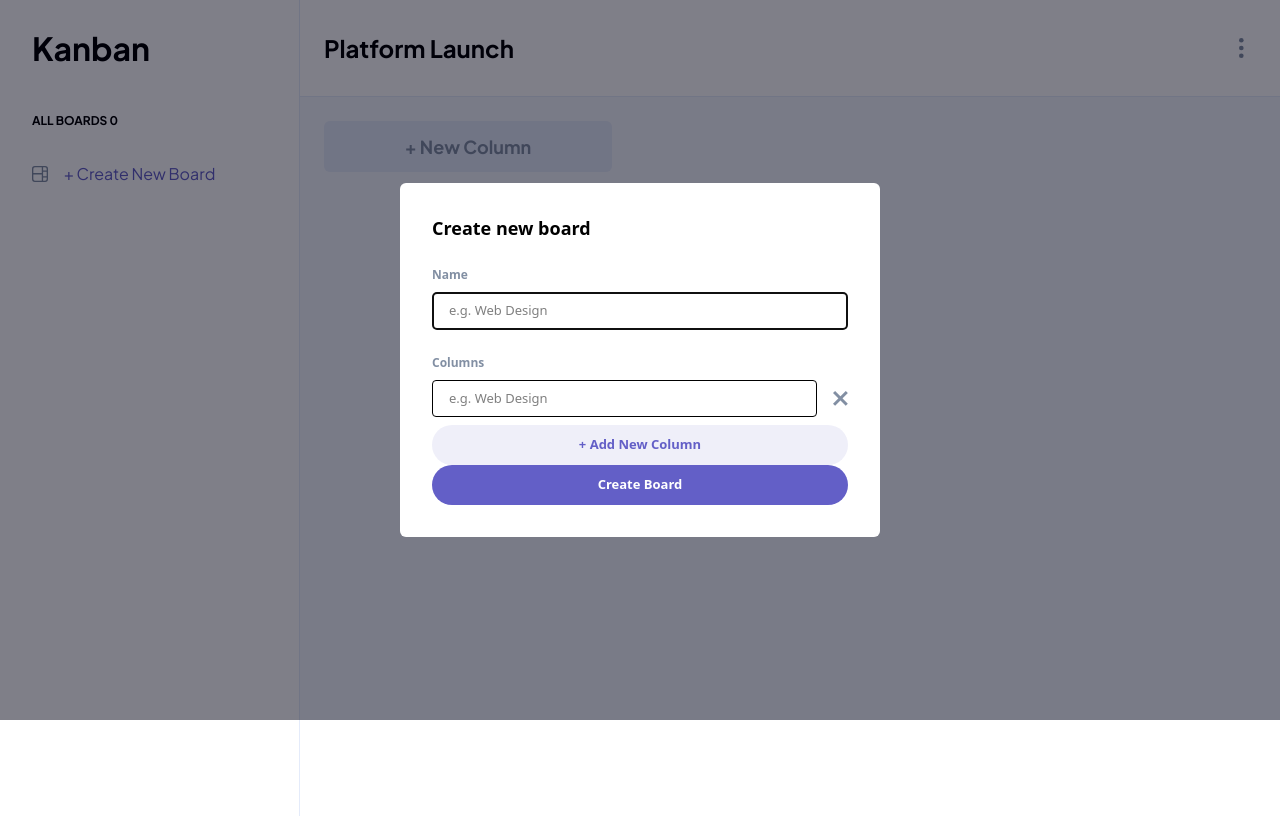
Repository: Baraajad231/Kanban-Board
Page: /, after clicking the first element matching `button.w-full`
These files come from the project's save history. The page is drawn as it stood at one moment and after the next save; the edit follows.
The browser window is 1280 px wide. The pictures show the whole page.
The project was rebuilt for these pictures with package versions that can differ from the ones it lists, and the page was loaded fresh each time. Also part of the build but not shown: vite.config.js, src/components/Card.jsx, src/components/Column.jsx.

Above is the page before, as saved 2026-03-25 18:11:08.

### index.html
<!doctype html>
<html lang="en">
  <head>
    <meta charset="UTF-8" />
    <meta name="viewport" content="width=device-width, initial-scale=1.0" />
    <link rel="preconnect" href="https://fonts.googleapis.com" />
    <link rel="preconnect" href="https://fonts.gstatic.com" crossorigin />
    <link
      href="https://fonts.googleapis.com/css2?family=Plus+Jakarta+Sans:ital,wght@0,200..800;1,200..800&display=swap"
      rel="stylesheet"
    />
    <title>kanban-board</title>
  </head>
  <body>
    <div id="root"></div>
    <script type="module" src="/src/main.jsx"></script>
  </body>
</html>

### src/index.css
@import "tailwindcss";

@theme {
  --font-jakarta: "Plus Jakarta Sans", sans-serif;

  --color-transparent: transparent;
  --color-current: currentColor;

  --color-main-purple: #635fc7;
  --color-main-purple-hover: #a8a4ff;
  --color-white: #ffffff;
  --color-black: #000112;
  --color-very-dark-grey: #1e1e1e;
  --color-dark-grey: #2b2c37;
  --color-lines: #3e3f4e;
  --color-medium-grey: #828fa3;
  --color-lines-light: #e4ebfa;
  --color-light-grey: #f4f7fd;
  --color-red: #ea5555;
  --color-red-hover: #ff9898;

  /* أحجام الخطوط - التنسيق صحيح جداً لـ Tailwind v4 */
  --text-heading-s: 0.75rem;
  --text-heading-s--font-weight: 700;

  --text-heading-m: 0.9rem;
  --text-heading-m--font-weight: 700;

  --text-heading-l: 1.125rem;
  --text-heading-l--font-weight: 700;

  --text-heading-xl: 1.5rem;
  --text-heading-xl--font-weight: 700;

  --text-body-m: 0.75rem;
  --text-body-m--font-weight: 700;

  --text-body-l: 0.8125rem;
  --text-body-l--font-weight: 500;
}

### src/App.jsx
import Header from "@components/Header";
import SideMenu from "@components/SideMenu";
import WorkSpace from "@components/WorkSpace";
import { useState } from "react";
import { DataContext } from "./DataContext";

function App() {
  const [dataState, setDataState] = useState([]);
  const [selectedBoardIndex, setSelectedBoardIndex] = useState(0);
  return (
    <DataContext.Provider value={{ data: dataState, setData: setDataState }}>
      <div className="font-jakarta flex h-screen flex-col">
        <Header />
        <div className="flex flex-1">
          <SideMenu
            selectedBoardIndex={selectedBoardIndex}
            setSelectedBoardIndex={setSelectedBoardIndex}
          />
          <WorkSpace columns={dataState[selectedBoardIndex]?.columns} />
        </div>
      </div>
    </DataContext.Provider>
  );
}

export default App;

### src/components/Header.jsx
import { useState } from "react";
import DialogPrimitive from "./DialogPrimitive";
import DropdownPrimitive from "./DropDownPrimitive";
import iconVerticalEllipsis from "@assets/icon-vertical-ellipsis.svg";

const Header = () => {
  const [open, setOpen] = useState(false);
  const onEditBoard = () => setOpen(true);
  const onDeleteBoard = () => {
    if (window.confirm("Are you sure you want to delete this board?")) {
      console.log("Delete Board");
    }
  };
  return (
    <header className="flex h-24.25 shrink-0 items-center">
      <div className="border-lines-light flex w-75 items-center gap-4 self-stretch border-r border-b pl-8 text-[32px] font-bold">
        Kanban
      </div>

      <div className="border-lines-light flex flex-1 items-center justify-between self-stretch border-b pr-6 pl-6">
        <h2 className="text-heading-xl">Platform Launch</h2>

        <DropdownPrimitive
          items={{
            "edit ": {
              label: "Edit Board",
              onClick: onEditBoard,
            },
            "delete ": {
              label: "Delete Board",
              onClick: onDeleteBoard,
            },
          }}
          triggerComponent={() => (
            <button className="text-main-purple hover:bg-main-purple/10 flex items-center gap-1 rounded-full p-3">
              <img src={iconVerticalEllipsis} alt="icon vertical ellipsis" />
            </button>
          )}
        />

        <DialogPrimitive isOpen={open} setOpen={setOpen} title="Edit Board">
          Hello world
        </DialogPrimitive>
      </div>
    </header>
  );
};

export default Header;

### src/components/SideMenu.jsx
import clsx from "clsx";
import { useContext, useState } from "react";
import DialogPrimitive from "./DialogPrimitive";
import boardIcon from "@assets/icon-board.svg";
import { DataContext } from "@/DataContext";
import AddNewBoardForm from "./AddNewBoardForm";

/**
 *
 * @param {Object} props
 * @param {Number} props.selectedBoardIndex
 * @param {Function} props.setSelectedBoardIndex
 * @returns {JSX.Element}
 */

const SideMenu = ({ selectedBoardIndex, setSelectedBoardIndex }) => {
  const [open, setOpen] = useState(false);
  const onAddNewBoard = () => setOpen(true);
  const { data } = useContext(DataContext);
  return (
    <aside className="side-menu border-lines-light -mt-px h-screen w-75 border-r bg-white">
      <p className="text-heading-s px-8 py-4">ALL BOARDS {data.length}</p>
      <ul>
        {data.map((item, index) => (
          <li key={item.id}>
            <button
              data-isActive={index === selectedBoardIndex}
              className={clsx(
                "text-heading-m text-medium-grey data-[isactive=false]:hover:bg-main-purple/10 data-[isactive=false]:hover:text-main-purple flex w-11/12 items-center gap-4 rounded-e-full px-8 py-4 transition",
                {
                  "bg-main-purple hover:bg-main-purple text-white!":
                    index === selectedBoardIndex,
                },
              )}
              onClick={() => setSelectedBoardIndex(index)}
            >
              <img src={boardIcon} alt="boardIcon" />
              {item.title}
            </button>
          </li>
        ))}
        <li className="px-8 py-4">
          <DialogPrimitive
            isOpen={open}
            setOpen={setOpen}
            title="Create new board"
            triggerComponent={() => (
              <button
                onClick={onAddNewBoard}
                className="text-main-purple flex w-full items-center gap-4"
              >
                <img src={boardIcon} alt="boardIcon" />+ Create New Board
              </button>
            )}
          >
            <AddNewBoardForm />
          </DialogPrimitive>
        </li>
      </ul>
    </aside>
  );
};
export default SideMenu;

### src/components/WorkSpace.jsx
import Column from "./Column";

/**
 *
 * @param {Object} props
 * @param {Array} props.columns
 * @param {Number} props.columns.id
 * @param {Array} props.columns.tasks
 * @param {string} props.columns.title
 * @returns {JSX.Element}
 */

const WorkSpace = ({ columns = [] }) => {
  return (
    <div className="bg-light-grey flex h-[calc(100vh-97px)] flex-1 gap-6 overflow-auto p-6">
      {columns.map((column) => (
        <Column key={column.id} title={column.title} tasks={column.tasks} />
      ))}

      <button className="bg-lines-light text-heading-l text-medium-grey w-72 shrink-0 self-start rounded-md p-3">
        + New Column
      </button>
    </div>
  );
};

export default WorkSpace;

### src/DataContext.js
import React from "react";

export const DataContext = React.createContext();

### src/components/DialogPrimitive.jsx
import { Dialog } from "radix-ui";

/**
 * DialogPrimitive component
 * @param {Object} props
 * @param {string} props.title - The title of the dialog
 * @param {Function} props.triggerComponent - The component that triggers the dialog
 * @param {JSX.Element} props.children - The children components
 * @param {boolean} props.isOpen - A boolean to determine if the dialog is open
 * @param {Function} props.setOpen - A function to set the dialog state
 * @returns {JSX.Element}
 */

const DialogPrimitive = ({
  title,
  triggerComponent,
  children,
  isOpen,
  setOpen,
}) => (
  <Dialog.Root open={isOpen} onOpenChange={setOpen}>
    <Dialog.Trigger asChild>
      {triggerComponent && triggerComponent()}
    </Dialog.Trigger>
    <Dialog.Portal>
      <Dialog.Overlay className="data-[state=open]:animate-overlayShow fixed inset-0 bg-black/50" />
      <Dialog.Content className="data-[state=open]:animate-contentShow fixed top-[50%] left-[50%] max-h-[85vh] w-120 translate-x-[-50%] translate-y-[-50%] overflow-auto rounded-md bg-white p-8 focus:outline-none">
        <Dialog.Title className="text-heading-l">{title}</Dialog.Title>
        {children}
      </Dialog.Content>
    </Dialog.Portal>
  </Dialog.Root>
);

export default DialogPrimitive;

### src/components/DropDownPrimitive.jsx
import * as React from "react";
import { DropdownMenu } from "radix-ui";
import clsx from "clsx";
// طريقة بتخلينا نعمل document لل component تاعنا
// jsdocs
/**
 * @param {Object} props
 * @param {Function} props.triggerComponent
 * @param {Object} props.items
 * @param {string} props.items.label -- the text that will be shown in the dropdown item
 * @param {Function} props.items.onClick -- the function that will be called when the dropdown item is clicked
 * @returns {JSX.Element}
 */
const DropdownPrimitive = ({ triggerComponent, items }) => {
  return (
    <DropdownMenu.Root>
      <DropdownMenu.Trigger asChild>
        {triggerComponent && triggerComponent()}
      </DropdownMenu.Trigger>

      <DropdownMenu.Portal>
        <DropdownMenu.Content
          className="data-[side=bottom]:animate-slideUpAndFade data-[side=left]:animate-slideRightAndFade data-[side=right]:animate-slideLeftAndFade data-[side=top]:animate-slideDownAndFade min-w-55 rounded-md bg-white p-1.25 shadow-[0px_10px_38px_-10px_rgba(22,23,24,0.35),0px_10px_20px_-15px_rgba(22,23,24,0.2)] will-change-[opacity,transform]"
          sideOffset={32}
        >
          {items &&
            Object.keys(items).map((item) => (
              <DropdownMenu.Item
                key={items[item].label}
                onClick={items[item].onClick}
                className={clsx(
                  "group text-body-l data-highlighted:bg-light-grey cursor-pointer p-4 leading-none outline-none",
                  {
                    "text-red": items[item].label.includes("Delete"),
                  },
                )}
              >
                {items[item].label}
              </DropdownMenu.Item>
            ))}
        </DropdownMenu.Content>
      </DropdownMenu.Portal>
    </DropdownMenu.Root>
  );
};

export default DropdownPrimitive;

### src/components/AddNewBoardForm.jsx
import Button from "./Button";
import TextField from "./TextField";
import iconCross from "@assets/icon-cross.svg";
const AddNewBoardForm = () => {
  return (
    <form>
      <div>
        <h3 className="text-body-m text-medium-grey pt-6 pb-2">Name </h3>
        <TextField placeholder="e.g. Web Design" name="boardName" required />
      </div>
      <div className="flex flex-col gap-2">
        <h3 className="text-body-m text-medium-grey pt-6">Columns </h3>

        <div className="flex items-center gap-4">
          <TextField placeholder="e.g. Web Design" name="columnName" required />
          <button onClick={false}>
            <img src={iconCross} alt="icon cross" />
          </button>
        </div>
        <Button type="button" variant="secondary" size="sm" onClick={false}>
          + Add New Column
        </Button>
      </div>
      <Button type="submit" variant="primary" size="sm" isFullWidth>
        Create Board
      </Button>
    </form>
  );
};
export default AddNewBoardForm;

### src/components/Button.jsx
import { cva } from "class-variance-authority";

const button = cva(
  ["rounded-full", "font-bold", "px-6", "duration-200", "text-[13px]"],
  {
    variants: {
      variant: {
        primary: ["bg-main-purple", "text-white", "hover:bg-main-purple-hover"],
        // **or**
        // primary: "bg-blue-500 text-white border-transparent hover:bg-blue-600",
        secondary: [
          "bg-main-purple/10",
          "text-main-purple",
          "hover:bg-main-purple/25",
        ],
        destructive: ["bg-red", "text-white", "hover:bg-red-hover"],
      },
      size: {
        sm: ["h-10"],
        lg: ["h-12"],
      },
      isFullWidth: {
        true: ["w-full"],
      },
      // `boolean` variants are also supported!
      isDisabled: {
        true: ["opacity-25", "cursor-not-allowed", "hover:bg-main-purple"],
      },
    },

    defaultVariants: {
      variant: "primary",
      size: "lg",
    },
  },
);
/**
 * @param {Object} props
 * @param {String} props.children
 * @param {"primary" | "secondary" | "destructive"} props.variant
 * @param {"sm" | "lg"} props.size
 * @param {Boolean} props.isFullWidth
 * @param {Boolean} props.isDisabled
 * @param {String} props.className
 * @returns
 */

const Button = ({
  children,
  variant,
  size,
  isFullWidth,
  isDisabled,
  className,
  ...props
}) => {
  return (
    <button
      className={button({ variant, size, isFullWidth, isDisabled, className })}
      {...props}
    >
      {children}
    </button>
  );
};
export default Button;

### src/components/TextField.jsx
import clsx from "clsx";

/**
 * @param {Object} props
 * @param {String} props.placeholder
 * @param {Boolean} props.isInvalid
 * @param {String} props.name
 * @param {Boolean} props.required
 * @param {String} props.defaultValue
 * @returns
 */

const TextField = ({
  placeholder,
  isInvalid,
  name,
  required,
  defaultValue,
}) => {
  return (
    <div className="relative flex min-w-80 flex-1 items-center">
      {isInvalid && (
        <span className="text-body-l text-red absolute right-4 text-sm">
          Can't be empty
        </span>
      )}

      <input
        type="text"
        name={name}
        defaultValue={defaultValue}
        placeholder={placeholder}
        required={required}
        className={clsx(
          "border-medium-gray/25 text-body-l w-full rounded-sm border py-2 pl-4",
          {
            "border-red pr-32": isInvalid,
            "pr-4": !isInvalid,
          },
        )}
      />
    </div>
  );
};

export default TextField;

Loaded but not shown: src/main.jsx (common file)

After the next save:
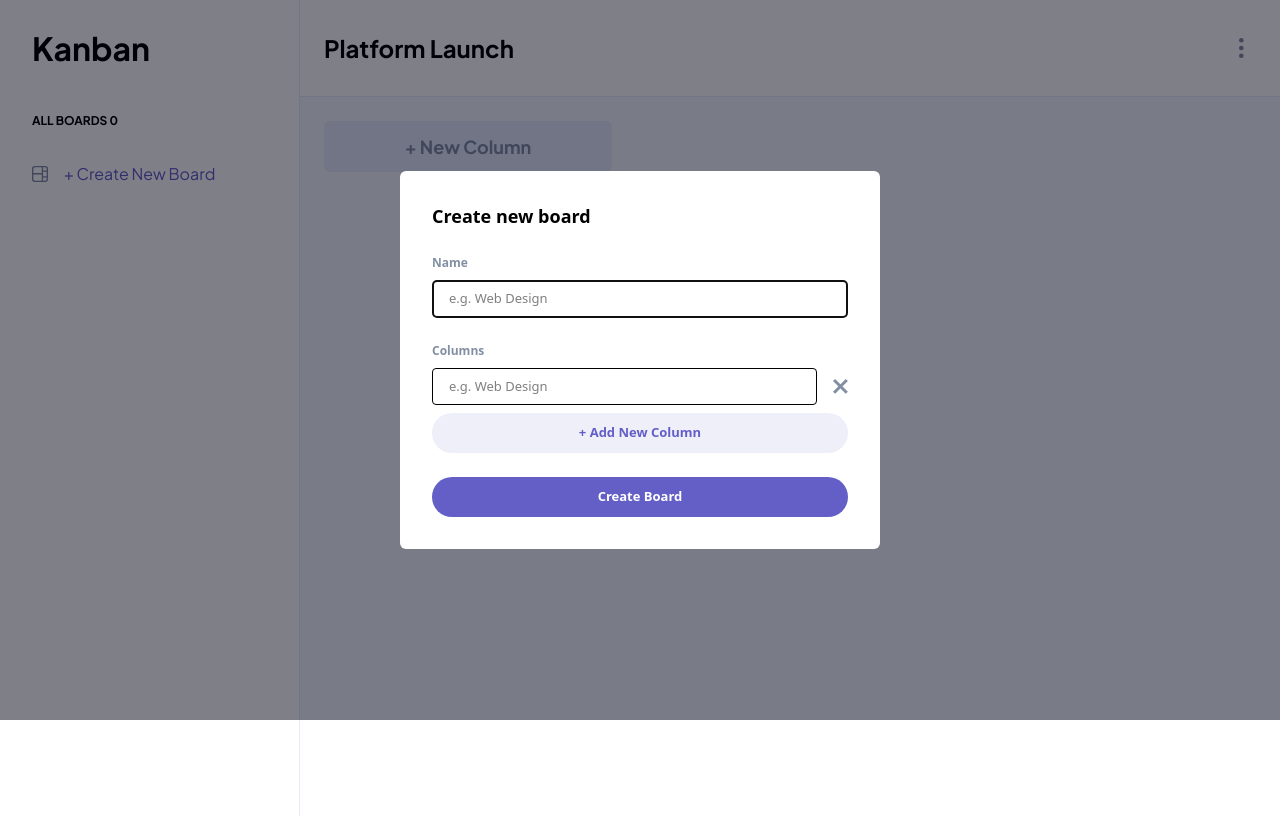
Saved 22 s later.
--- a/src/components/AddNewBoardForm.jsx
+++ b/src/components/AddNewBoardForm.jsx
@@ -21,9 +21,11 @@ const AddNewBoardForm = () => {
           + Add New Column
         </Button>
       </div>
-      <Button type="submit" variant="primary" size="sm" isFullWidth>
-        Create Board
-      </Button>
+      <div className="mt-6">
+        <Button type="submit" variant="primary" size="sm" isFullWidth>
+          Create Board
+        </Button>
+      </div>
     </form>
   );
 };
